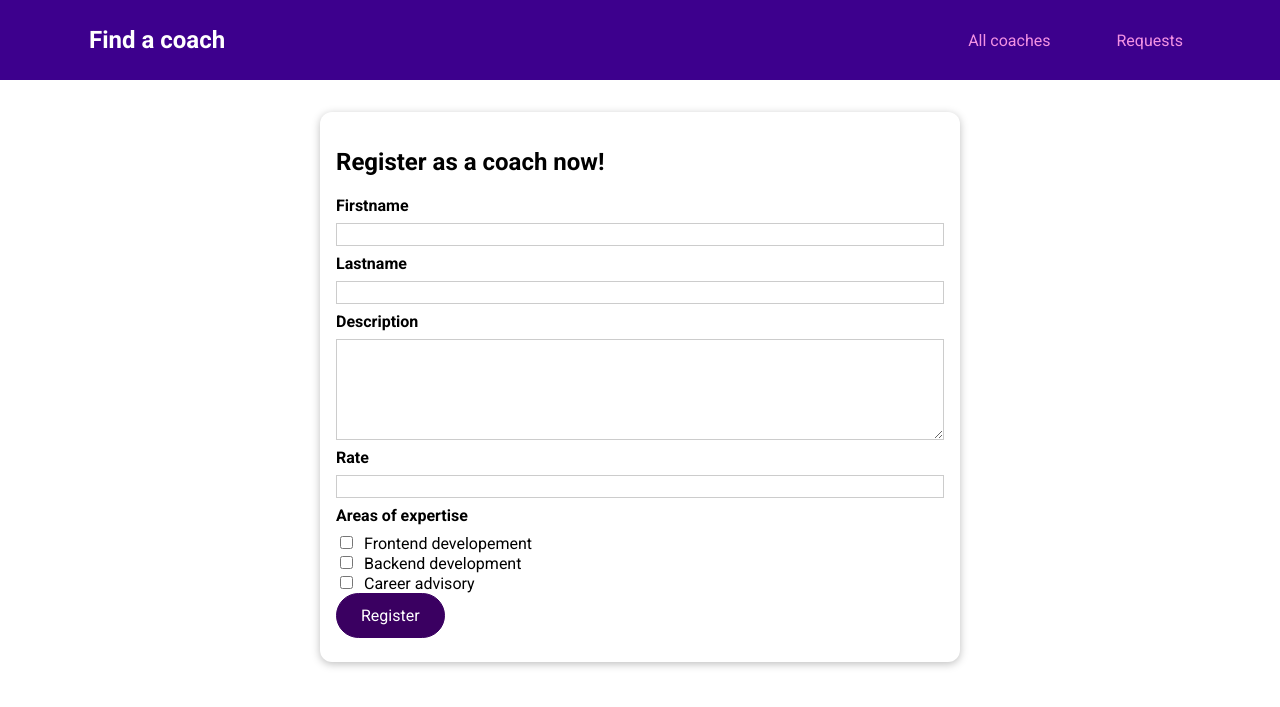
Repository: DaveBaulch/vue-course-find-a-coach
Page: /register
These files come from the project's save history. The page is drawn as it stood at one moment and after a run of saves; the edit follows.
The browser window is 1280 px wide. The pictures show the whole page.
The project was rebuilt for these pictures with package versions that can differ from the ones it lists, and the page was loaded fresh each time. Also part of the build but not shown: src/pages/coaches/CoachDetail.vue, src/components/coaches/CoachItem.vue, src/components/coaches/CoachFilter.vue, src/pages/coaches/CoachesList.vue, src/pages/requests/ContactCoach.vue, src/pages/requests/RequestsReceived.vue, src/components/ui/BaseBadge.vue. Imported but missing from the stored project, and not drawn on this page: src/pages/NotFound.vue.

Above is the page before, as saved 2021-01-24 09:38:10.

After the next 7 saves:
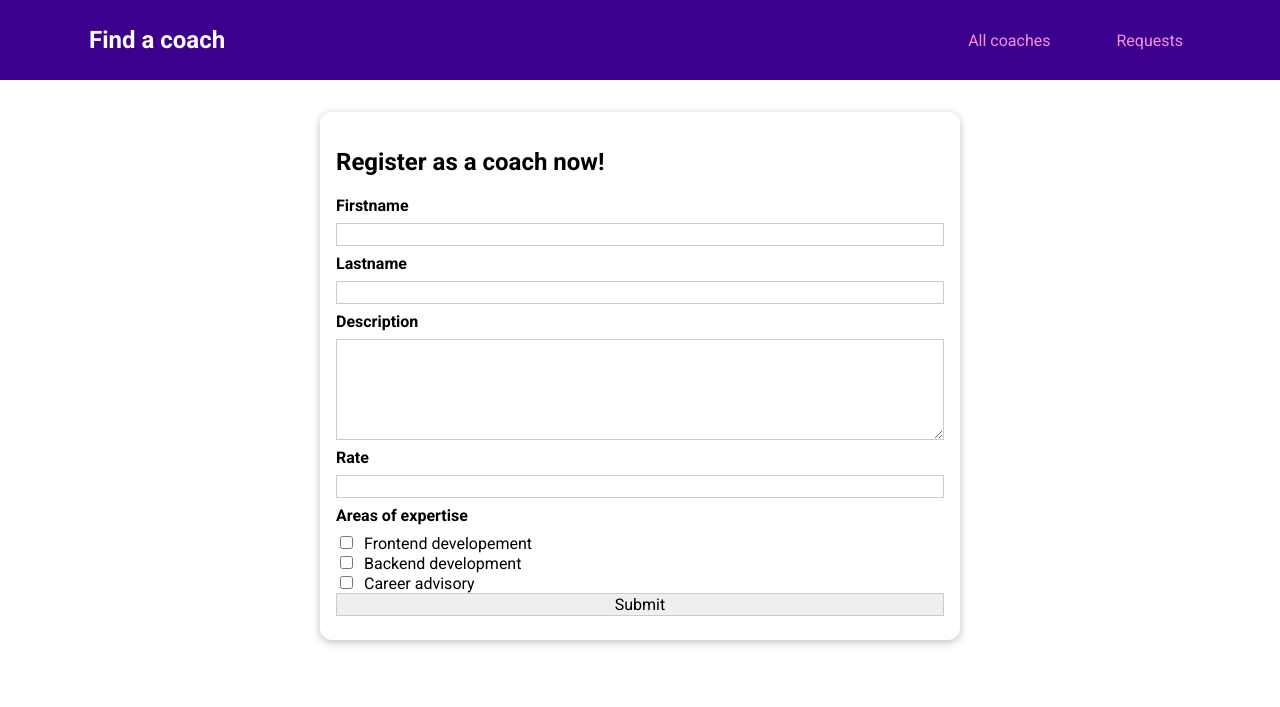
The 7 saves are shown as one change because they came seconds apart.
The last was saved 5 min 10 s later.
--- a/src/components/coaches/CoachForm.vue
+++ b/src/components/coaches/CoachForm.vue
@@ -35,7 +35,8 @@
         <label for="career">Career advisory</label>
       </div>
 
-      <base-button>Register</base-button>
+      <!-- <base-button>Register</base-button> -->
+      <input type="submit" />
     </div>
   </form>
 </template>
